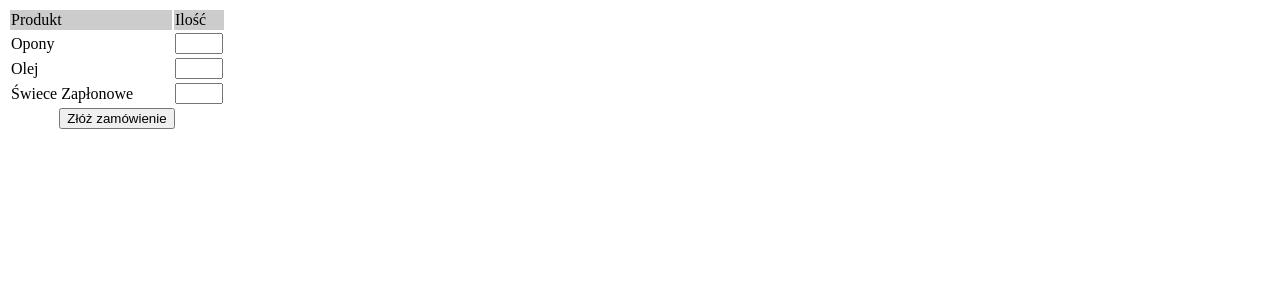
Repository: gabr/workspace
Page: php 001 - formularz/formularz.html
The author's editor kept a copy of each file at every save. The page is drawn from the files as they stood at one save, then again after the next save.
The browser window is 1280 px wide. The pictures show the whole page.

Above is the page before, as saved 2013-02-22 21:46:20.

### php 001 - formularz/formularz.html
<!DOCTYPE html PUBLIC "-//W3C//DTD HTML 4.01 Transitional//EN" "http://www.w3.org/TR/html4/loose.dtd">
<html>
<head>
<link rel="stylesheet" href="style.css">
<meta http-equiv="Content-Type" content="text/html; charset=UTF-8">
<title>formularz</title>
</head>
<body>
<form action="przetworzzamowienie.php" method=post>
	<table>
		<tr id="naglowek">
			<td>Produkt</td>
			<td>Ilość</td>
		</tr>
		<tr>
			<td>Opony</td>
			<td><input type="text" name="iloscopon" maxlength="3" /></td>
		</tr>
		<tr>
			<td>Olej</td>
			<td><input type="text" name="iloscoleju" maxlength="3" /></td>
		</tr>
		<tr>
			<td>Świece Zapłonowe</td>
			<td><input type="text" name="iloscswiec" maxlength="3" /></td>
		</tr>
		<tr>
			<td colspan="2" align="center">
				<input id="przycisk" type="submit" value="Złóż zamówienie" />
			</td>
		</tr>
	</table>
</form>
</body>
</html>

### php 001 - formularz/style.css
@CHARSET "UTF-8";

table {
	border: 0;
}

#naglowek {
	background-color: #cccccc;
}

tr > td:first-child {
	width: 10em;
}

input:not(#przycisk) {
	width: 3em;
}

After the next save:
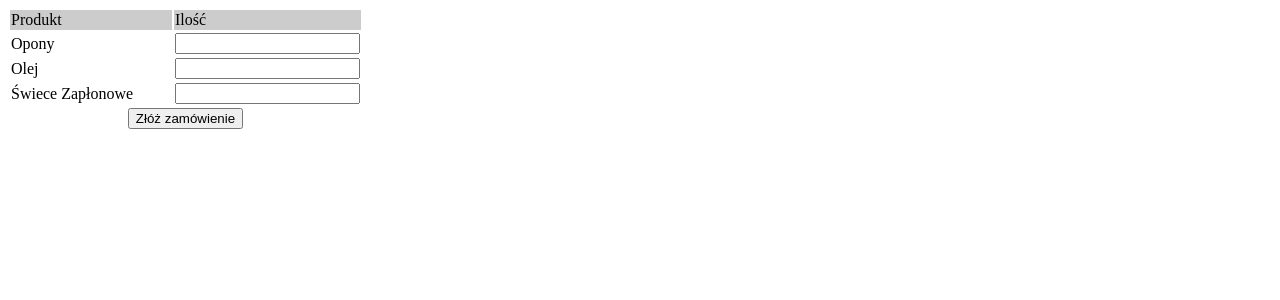
Saved 19 h 10 min later.
--- a/php 001 - formularz/style.css
+++ b/php 001 - formularz/style.css
@@ -8,10 +8,10 @@ table {
 	background-color: #cccccc;
 }
 
-tr > td:first-child {
+tr>td:first-child {
 	width: 10em;
 }
 
-input:not(#przycisk) {
+input:not (#przycisk ) {
 	width: 3em;
 }
